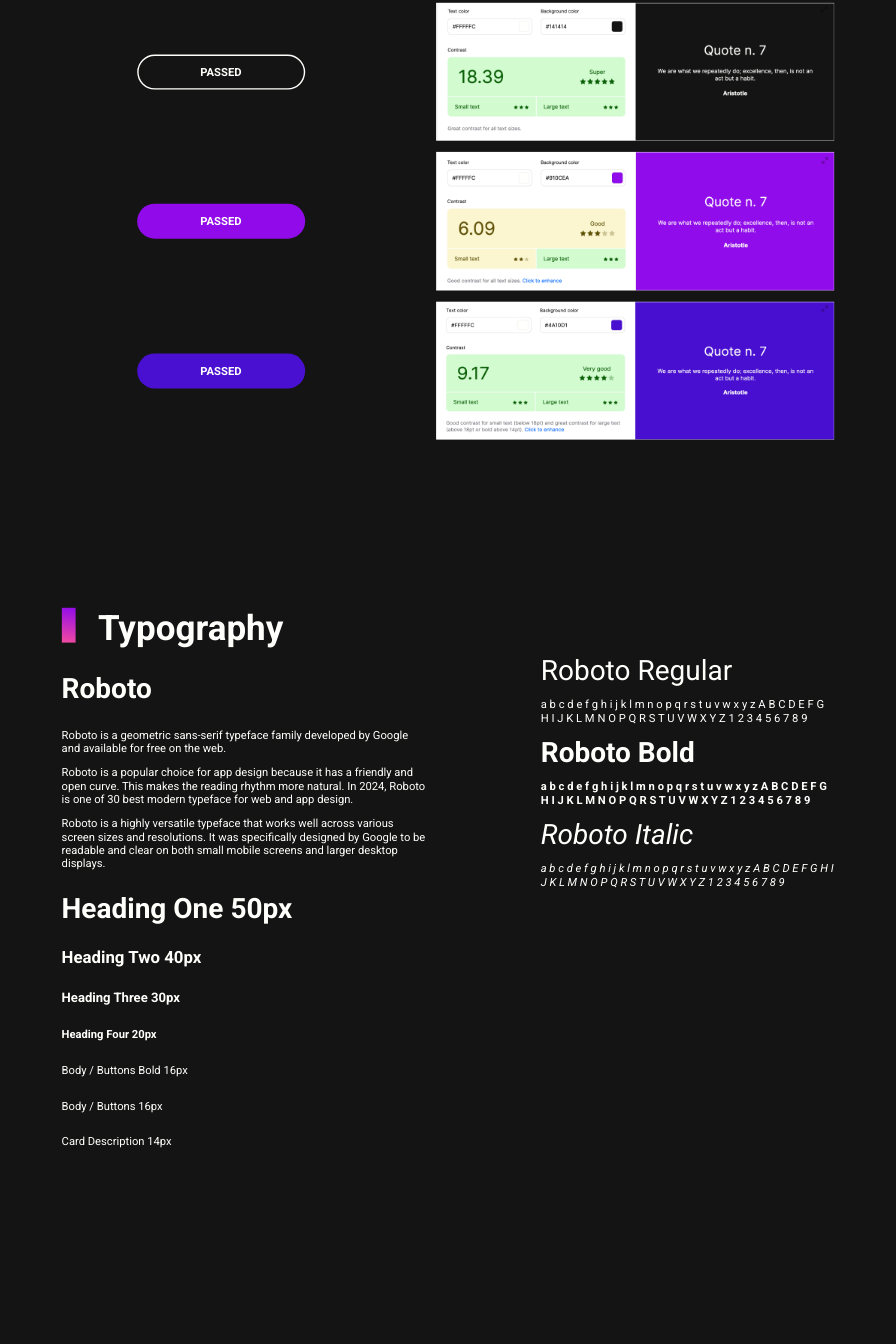
Repository: MonicaNguyenH/artflow_frontend_vanJS
Page: index.html
An editor plug-in stored every save of this project. The page is shown before and after the next save, followed by the edit.
The browser window is 1280 px wide. The pictures show the part of the page from y = 3420 to 5340 px (the page is 5340 px tall), at 70% of full size.
Some web fonts or font styles are not loaded; a fallback is used.

Above is the page before, as saved 2024-04-05 16:41:32.

### index.html
<!DOCTYPE html>
<html lang="en">
<head>
    <meta charset="UTF-8">
    <meta name="viewport" content="width=device-width, initial-scale=1.0">
    <title>Art Flow Style Guide</title>
    <link rel="stylesheet" href="css/style.css">
</head>
<body>
    <nav id="navbar">
        <ul class="list row l-col-1-2">
            <div class="col">
                <li id="logoNav"><a href="#home">ArtFlow</a></li>
            </div>
            <div class="col grid l-col-7">
                <li class="listItem rol"><a href="#home">Home</a></li>
                <li class="listItem rol"><a href="#logo">Logo</a></li>
                <li class="listItem rol"><a href="#colours">Colours</a></li>
                <li class="listItem rol"><a href="#typography">Typography</a></li>
                <li class="listItem rol"><a href="#grid">Grid Layout</a></li>
                <li class="listItem rol"><a href="#iconography">Iconography</a></li>
                <li class="listItem rol"><a href="#references">References</a></li>
            </div>
        </ul>
        <div class="borderGradient row-span"></div>
    </nav>
    <main>
        <section id="home">
            <div class="homeCover row l-col-2">
                <div class="homeMockup col">
                    <img src="img/home_mockup.png" alt="home mockup">
                </div>
                <div class="homeContent col">
                    <div class="homeDes">
                        <img src="img/placeholder.svg" alt="brand logo">
                        <p class="ARTFLOW">ARTFLOW</p>
                        <p class="description">Brand Style Guide</p>
                        <ul class="studentList">
                            <li>A01358535 | Jumi Pham</li>
                            <li>A01360275 | Monica Nguyen</li>
                            <li>A74374838 | Shirin Forouzan</li>
                            <li>A83485858 | Callista Chan</li>
                        </ul>
                    </div>
                </div>
            </div>
        </section>

        <section id="logo">
        </section>

        <section id="colours">
            <div class="subhead">
                <div class="subMark"></div>
                <p class="subCaption">Colors</p>
            </div>
            <div class="colourCatg row l-col-2-1" style="column-gap: 3rem;">
                <div class="coloursContent col">
                    <p class="secHead">Primary Colours</p>
                    <p class="colourDesc">We select a Dark, Cream White and Rose palette as the primary background and text colours to provide a clean and sophisticated aesthetic throughout our app.</p>
                </div>
                <div class="coloursCardSet grid l-col-3">
                    <div class="coloursCard col">
                        <div class="swatches" style="background-color: var(--black)"></div>
                        <p class="colourName">Dark</p>
                        <p class="hex">#141414</p>
                    </div>
                    <div class="coloursCard col">
                        <div class="swatches" style="border: 1px solid black; background-color: var(--white);"></div>
                        <p class="colourName">Cream White</p>
                        <p class="hex">#141414</p>
                    </div>
                    <div class="coloursCard col">
                        <div class="swatches" style="background-color: var(--rose)"></div>
                        <p class="colourName">Rose</p>
                        <p class="hex">#F94E9B</p>
                    </div>
                </div>
            </div>
            <div class="colourCatg row l-col-2-1" style="column-gap: 3rem;">
                <div class="coloursContent col">
                    <p class="secHead">Secondary Colours</p>
                    <p class="colourDesc">We use Blue Violet and Vivid Sky Blue as important as main colours which are for buttons and icons. These vibrant hues not only catch the eye but also convey a sense of  dynamism and clarity, ensuring a seamless and engaging user experience.</p>
                    <p class="colourDesc">Additionally, we pick a specific gray shade for the navigation bar, backgrounds of cards, and separators. This helps to organize the app neatly and makes it easier for users to find their way around.</p>
                </div>
                <div class="coloursCardSet grid l-col-3">
                    <div class="coloursCard col">
                        <div class="swatches" style="background-color: var(--violet)"></div>
                        <p class="colourName">Blue Violet</p>
                        <p class="hex">#910CEA </p>
                    </div>
                    <div class="coloursCard col">
                        <div class="swatches" style="background-color: var(--light-blue);"></div>
                        <p class="colourName">Vivid SKy Blue</p>
                        <p class="hex">#4CC9F0</p>
                    </div>
                    <div class="coloursCard col">
                        <div class="swatches" style="background-color: var(--dark-blue)"></div>
                        <p class="colourName">Chrysler Blue</p>
                        <p class="hex">#4A10D1</p>
                    </div>
                    <div class="coloursCard col">
                        <div class="swatches" style="background-color: var(--light-grey)"></div>
                        <p class="colourName">Light Gray</p>
                        <p class="hex">#878787</p>
                    </div>
                    <div class="coloursCard col">
                        <div class="swatches" style="background-color: var(--light-grey)"></div>
                        <p class="colourName">French Gray</p>
                        <p class="hex">#A6A7B3</p>
                    </div>
                    <div class="coloursCard col">
                        <div class="swatches" style="background-color: var(--medium-grey)"></div>
                        <p class="colourName">Jet</p>
                        <p class="hex">#333333</p>
                    </div>
                </div>
            </div>
            <div class="colourCatg row l-col-2-1" style="column-gap: 3rem;">
                <div class="coloursContent col">
                    <p class="secHead">Gradients</p>
                    <p class="colourDesc">We choose gradient mix for our primary buttons. This deliberate choice not only enhances visual appeal but also symbolizes the core essence and identity of our application, inviting users to engage with confidence and enthusiasm.</p>
                </div>
                <div class="coloursCardSet grid l-col-3">
                    <div class="coloursCard col">
                        <div class="swatches" style="background-image: var(--gradient-rv)"></div>
                        <p class="colourName">Rose & Blue Violet</p>
                        <p class="hex">#F94E9B + #910CEA</p>
                    </div>
                    <div class="coloursCard col">
                        <div class="swatches" style="background-image: var(--gradient-bb);"></div>
                        <p class="colourName">Chrysler Blue & Vivid Sky Blue</p>
                        <p class="hex">#4A10D1 + #4CC9F0</p>
                    </div>
                </div>
            </div>
            <div class="colourCatg row l-col-2-1" style="column-gap: 3rem;">
                <div class="coloursContent col">
                    <p class="secHead">Visual Example</p>
                    <div class="">
                        <img src="img/nav_bar.svg" alt="brand logo" style="margin: 1rem 0 1rem 0;">
                        <p>Cream <strong>White (#FFFFFC)</strong> & <strong>Rose (#F94E9B)</strong> for buttons and <strong>Jet (#333333)</strong> background on navigation bar</p>
                        <div class="grid l-col-2 examples">
                            <div class="col">
                                <button class="buttonRV">Click Me</button> <br/>
                                <button class="buttonBB">Click Me</button>
                            </div>
                            <div class="col">
                                <label class="switch">
                                    <input type="checkbox">
                                    <span class="slider round"></span>
                                </label> <br/>
                                <button class="chips">Click me <img class="xIcon" src="icon/x_icon.svg" alt="x icon"></button>
                            </div>
                        </div>
                    </div>
                    <p>Gradients for buttons, cards, chip and switches</p>
                </div>
                <div class="coloursCardSet grid l-col-3">
                    <div class="col l-row-span">
                        <p><strong>Dark (#141414)</strong> for background</p>
                        <p><strong>Cream White (#FFFFFC)</strong> for primary text</p>
                        <p><strong>Gradients</strong> for clickable state</p>
                    </div>
                    <div class="col mockup">
                        <img src="img/mockup_landing.png" alt="mockup landing page">
                    </div>
                    <div class="col mockup">
                        <img src="img/mockup_profile.png" alt="mockup profile page">
                    </div>
                    <div class="col mockup">
                        <img src="img/mockup_profile.png" alt="mockup profile page">
                    </div>
                </div>
            </div>
            <div class="colourCatg row" style="column-gap: 3rem;">
                <div class="coloursContent l-span-row">
                    <p class="secHead">Colours Contrast Checker</p>
                    <p>All our colors have passed a 5.0 rating for color contrast checking. In the gradient color mixes, we've selected combinations like <strong>Blue Violet & Rose (#F94E9B + #910CEA)</strong> and <strong>Chrysler Blue & Vivid Sky Blue (#4A10D1 + #4CC9F0)</strong>. We've ensured that the darker colors, such as Blue Violet and Chrysler Blue (which have passed the contrast checker), dominate the mix, providing ample space while still maintaining strong visual contrast.</p>
                </div>
                <div class="contrast row grid l-col-2-1">
                    <div>
                        <button style="background-color: var(--black); border: 2px solid var(--white);">PASSED</button>
                    </div>
                    <div>
                        <img src="img/contrast_dark.png">
                    </div>
                </div>
                <div class="contrast row grid l-col-2-1">
                    <div>
                        <button style="background-color: var(--violet);">PASSED</button>
                    </div>
                    <div>
                        <img src="img/contrast_violet.png">
                    </div>
                </div>
                <div class="contrast row grid l-col-2-1">
                    <div>
                        <button style="background-color: var(--dark-blue);">PASSED</button>
                    </div>
                    <div>
                        <img src="img/contrast_chrysler_blue.png">
                    </div>
                </div>
            </div>
        </section>

        <section id="typography" style="margin-bottom: 15rem">
            <div class="subhead">
                <div class="subMark"></div>
                <p class="subCaption">Typography</p>
            </div>
            <div class="typography row l-col-2-2">
                <div class="col roboto-usage">
                    <h1>Roboto</h1>
                    <p>Roboto is a geometric sans-serif typeface family developed by Google and available for free on the web.</p>
                    <p>Roboto is a popular choice for app design because it has a friendly and open curve. This makes the reading rhythm more natural. In 2024, Roboto is one of 30 best modern typeface for web and app design.</p>
                    <p>Roboto is a highly versatile typeface that works well across various screen sizes and resolutions. It was specifically designed by Google to  be readable and clear on both small mobile screens and larger desktop displays.</p>
                    <div class="heading-list">
                        <h1 class="headings">Heading One 50px</h1>
                        <h2 class="headings">Heading Two 40px</h2>
                        <h3 class="headings">Heading Three 30px</h3>
                        <h4 class="headings">Heading Four 20px</h4>
                        <p class="h5-bold headings">Body / Buttons Bold 16px</p>
                        <p class="h5-regular headings">Body / Buttons 16px</p>
                        <p class="h6 headings">Card Description 14px</p>
                    </div>
                </div>
                <div class="col roboto-typeface">
                    <div class="roboto-regular">
                        <p class="ph1">Roboto Regular</p>
                        <p class="ph2">a b c d e f g h i j k l m n o p q r s t u v w x y z
                            A B C D E F G H I J K L M N O P Q R S T U V W X Y Z
                            1 2 3 4 5 6 7 8 9
                        </p>
                    </div>
                    <div class="roboto-bold">
                        <p class="ph1">Roboto Bold</p>
                        <p class="ph2">a b c d e f g h i j k l m n o p q r s t u v w x y z
                            A B C D E F G H I J K L M N O P Q R S T U V W X Y Z
                            1 2 3 4 5 6 7 8 9
                        </p>
                    </div>
                    <div class="roboto-italic">
                        <p class="ph1">Roboto Italic</p>
                        <p class="ph2">a b c d e f g h i j k l m n o p q r s t u v w x y z
                            A B C D E F G H I J K L M N O P Q R S T U V W X Y Z
                            1 2 3 4 5 6 7 8 9
                        </p>
                    </div>
                </div>
            </div>
        </section>

        <section id="grid">
        </section>

        <section id="iconography">
        </section>
    </main>

    <script src="script.js"></script>
</body>
</html>

### css/style.css
@import url('https://fonts.googleapis.com/css2?family=Bodoni+Moda:ital,opsz,wght@0,6..96,400..900;1,6..96,400..900&family=Roboto:ital,wght@0,100;0,300;0,400;0,500;0,700;0,900;1,100;1,300;1,400;1,500;1,700;1,900&display=swap');
@font-face {
    font-family: 'lostar';
    src: url('fonts/lostar');
}

:root {
    --font-logo: "lostar", serif;
    --font-family: "Roboto", sans-serif;

    --roboto-regular-14: 14px "Roboto";
    --roboto-bold-14: bold 14px "Roboto";

    --roboto-regular-16: 16px "Roboto";
    --roboto-bold-16: bold 16px "Roboto";

    --roboto-bold-20: bold 20px "Roboto";
    --roboto-bold-30: bold 30px "Roboto";
    --roboto-bold-40: bold 40px "Roboto";
    --roboto-bold-50: bold 50px "Roboto";

    --lostar-regular-30: 30px "lostar";
    --lostar-regular-50: 50px "lostar";
    --lostar-regular-60: 60px "lostar";


    --black: #141414;
    --white: #FFFFFC;
    --grey: rgba(135,135,135,0.2); /*make this 20% opacity*/
    --light-grey: #A6A7B3;
    --medium-grey: #545458;
    --dark-grey: #333333;
    --rose: #F94E9B;
    --violet: #910BEA;
    --dark-blue: #4A10D1;
    --blue: #687FE9;
    --light-blue: #4CC9F0;

    /*gradient*/
    --gradient-rv: linear-gradient(85deg, var(--rose) 5%, var(--violet) 95%);
    --gradient-bb: linear-gradient(85deg, var(--dark-blue) 2%, var(--light-blue) 113%);
    --gradient-vb: linear-gradient(85deg, var(--violet) 5%, var(--blue) 95%);
}

html {
    background: var(--black);
    color: var(--white);
    font-family: var(--font-family);

    padding: 0;
    margin: 0;
    padding-top: 5rem;
}

main {
    padding: 0 5rem 0 5rem;
}

section {
    overflow-y: auto;
}


/*********** NAV BAR **********/
nav {
    overflow: hidden;
    background-color: var(--black);
    position: fixed; /* Set the navbar to fixed position */
    top: 0;
    width: 100%;
    z-index: 100;
}

.list {
    padding: 0 5rem 0 5rem;
}

#navbar ul {
    list-style-type: none;
    margin: 1.5rem 0 1.5rem 0;
}

.listItem a,
#logoNav a {
    text-decoration: none;
    color: var(--white);
    font: var(--roboto-bold-14);
}

.listItem {
    display: flex;
    align-items: center;
}

#logoNav a {
    font: var(--lostar-regular-30);
}

.borderGradient {
    background-image: var(--gradient-rv);
    width: 100%;
    height: 5px;
    margin: 0;
    padding: 0;
}

/*********** HOME **********/
.homeCover {
    padding: 5rem 0 5rem 0;
    margin: 1rem 0 1rem 0;
}

.homeContent {
    display: flex;
    flex-direction: row;
    align-items: center;
    column-gap: 3rem;
}

.homeMockup img {
    max-width: 80%;
}

.homeContent img {
    width: 80px;
    height: 80px;
    align-self: flex-start;
}

.homeDes .ARTFLOW {
    font-family: "lostar";
    font-size: 100px;
    margin: 0;
}

.homeDes .description {
    font-family: "Roboto";
    font-size: 50px;
    font-weight: bold;
    margin: 0;
    margin-top: -1rem;
}

.studentList {
    list-style-type: none;
    padding: 0;
    margin: 2rem 0 0 0;
}

.studentList li{
    text-decoration: none;
    font: var(--roboto-bold-14);
}

/*********** COLOURS **********/
.colourCatg {
    margin-top: 5rem;
    margin-bottom: 15rem;
}

.subhead {
    display: flex;
    flex-direction: row;
    justify-content: flex-start;
    column-gap: 2rem;
}

.subMark {
    height: 50px;
    width: 20px;
    background: linear-gradient(11deg, #F94E9B -5.71%, #910BEA 100%);
}

.subCaption {
    font-family: "Roboto";
    font-size: 50px;
    font-weight: bold;
    margin: 0;
}

.secHead {
    font: var(--roboto-bold-40);
    margin-top: 0;
}

.colourDesc p {
    font: var(--roboto-regular-16);
}

.coloursCardSet {
    gap: 4rem;
}

.coloursCard {
    background-color: var(--white);
    border-radius: 5px;
    height: 200px;
    width: 100%;
    display: flex;
    flex-direction: column;

    color: var(--black);
}

.swatches {
    margin-top: 0.6rem;
    width: 90%;
    height: 130px;
    border-radius: 5px;

    align-self: center;
}

.colourName,
.hex {
    margin: 0;
    align-self: flex-end;
    margin-right: 1rem;
    font-size: 12px;
}

.colourName {
    margin-top: 0.8rem;
}

.hex {
    margin-bottom: 0.8rem;
}

.mockup img{
    width: 100%;
    height: auto;
}

.buttonRV,
.buttonBB,
.chips {
    width: 240px;
    height: 50px;
    border-radius: 50px;
    border: none;
    color: var(--white);
    font: var(--roboto-bold-16);
}

.buttonRV {
    background-image: var(--gradient-rv);
}

.buttonRV:hover {
    background-image: var(--gradient-bb);
}

.buttonBB {
    background-image: var(--gradient-bb);
}

.buttonBB:hover {
    background-image: var(--gradient-rv);
}

.chips img {
    width: 20px;
    height: 20px;
}

.chips {
    display: flex;
    flex-direction: row;
    justify-content: center;
    align-items: center;
    column-gap: 3rem;
    background-color: var(--black);

    background: linear-gradient(var(--black), var(--black)) padding-box,
                var(--gradient-rv) border-box;
    border-radius: 50px;
    border: 3px solid transparent;
}

.chips:hover {
    background-image: var(--gradient-rv);
    border: 3px solid var(--white);
}

.chips .xIcon  {
    fill: white
}

.examples {
    align-items: end;
}

.examples button,
.examples .switch {
    margin: 1rem;
}

/*********** TOGGLE SWITCH **********/

.slider.round {
    border-radius: 50px;
}

.slider.round:before {
    border-radius: 50px;
}

.switch {
    position: relative;
    display: inline-block;
    width: 55px;
    height: 30px;
}

.switch input {
    opacity: 0;
    width: 0;
    height: 0;
}

.slider {
    position: absolute;
    cursor: pointer;
    top: 0;
    left: 0;
    right: 0;
    bottom: 0;
    background-color: #ccc;
    border: 2px solid var(--white);
    -webkit-transition: .4s;
    transition: .4s;
}

.slider:before {
    position: absolute;
    content: "";
    height: 20px;
    width: 20px;
    left: 4px;
    bottom: 3px;
    background-color: var(--white);
    -webkit-transition: .4s;
    transition: .4s;
    align-self: center;
}

input:checked + .slider {
    background-image: var(--gradient-rv);
}

input:focus + .slider {
    box-shadow: 0 0 1px var(--gradient-rv);
}

input:checked + .slider:before {
    -webkit-transform: translateX(22px);
    -ms-transform: translateX(22px);
    transform: translateX(22px);
}

/*********** COLOUR CONTRAST **********/
.contrast {
    width: 100%;
    column-gap: 5rem;
    row-gap: 4rem;
    align-items: center;
    justify-items: center;
}

.contrast button {
    border-radius: 25px;
    height: 50px;
    width: 240px;

    font: var(--roboto-bold-16);
    color: var(--white);
    background-color: "";
    border: none;
}

.contrast img {
    width: 100%;
    height: auto;
}

/*********** TYPOGRAPHY **********/
.typography {
    column-gap: 10rem;
}

.roboto-usage {

}

.roboto-usage h1,
.roboto-bold .ph1 {
    font: var(--roboto-bold-40);
}

.roboto-bold {
    font-weight: bold;
}

.roboto-regular .ph1,
.roboto-italic .ph1 {
    font-family: "roboto";
    font-size: 40px;
    font-weight: regular;
}

.roboto-italic {
    font-style: italic;
}

.ph1 {
    margin: 0.5rem 0 0.5rem 0;
}

.roboto-typeface {
    row-gap: 1rem;
}

/*Headings*/
.headings {
    margin: 2rem 0 2rem 0;
}

.headings h1 {
    font: var(--roboto-bold-50);
}
.headings h2 {
    font: var(--roboto-bold-40);
}
.headings h3 {
    font: var(--roboto-bold-30);
}
.headings h4 {
    font: var(--roboto-bold-20);
}
.headings .h5-bold {
    font: var(--roboto-bold-16);
}
.headings .h5-regular {
    font: var(--roboto-regular-16);
}
.headings .h6 {
    font: var(--roboto-regular-14);
}













/***********BASIC SETTINGS**********/
audio,
canvas,
iframe,
img,
svg,
video {
    vertical-align: middle;
}

fieldset {
    border: 0;
    margin: 0;
    padding: 0;
}

*,
*:before,
*:after {
    box-sizing: border-box;
}

/***********CORE SETTINGS**********/
.row {
    display: grid;
    row-gap: 1rem;
}

.col {
    position: relative;
}

.grid {
    display: grid;
}


/* LARGE */

@media screen and (min-width: 64em) {
    .l-col-2 {
        grid-template-columns: 1fr 1fr;
    }

    .l-col-1-2 {
        grid-template-columns: 0.5fr 1fr;
    }

    .l-col-2-1 {
        grid-template-columns: 0.8fr 1fr;
    }

    .l-col-2-2 {
        grid-template-columns: 1fr 0.8fr;
    }

    .l-col-3 {
        grid-template-columns: repeat(3, 1fr);
    }

    .l-col-7 {
        grid-template-columns: repeat(7, 1fr);
    }

    .l-row-span {
        grid-column-start: 1;
        grid-column-end: -1;
    }

    .l-hide {
        display: none;
    }
}


/* SMALL ONLY

@media screen and (max-width: 39.9375em) {
    .s-hide {
        display: none;
    }
}

*/

/* MEDIUM AND UP

@media screen and (min-width: 40em) {
    .row {
        column-gap: 1.5rem;
        row-gap: 1.5rem;
        margin: 0 auto;
    }

    .grid {
        display: grid;
        column-gap: 0.5rem;
        row-gap: 0.5rem;
    }

    .m-col-2 {
        grid-template-columns: 1fr 1fr;
    }
}

*/

/* MEDIUM ONLY

@media screen and (min-width: 40em) and (max-width: 63.9375em) {
    .m-row-span {
        grid-column-start: 1;
        grid-column-end: -1;
    }

    .m-hide {
        display: none;
    }
}
*/

Loaded but not shown: script.js (no copy from this time; the picture is the same without it)

After the next save:
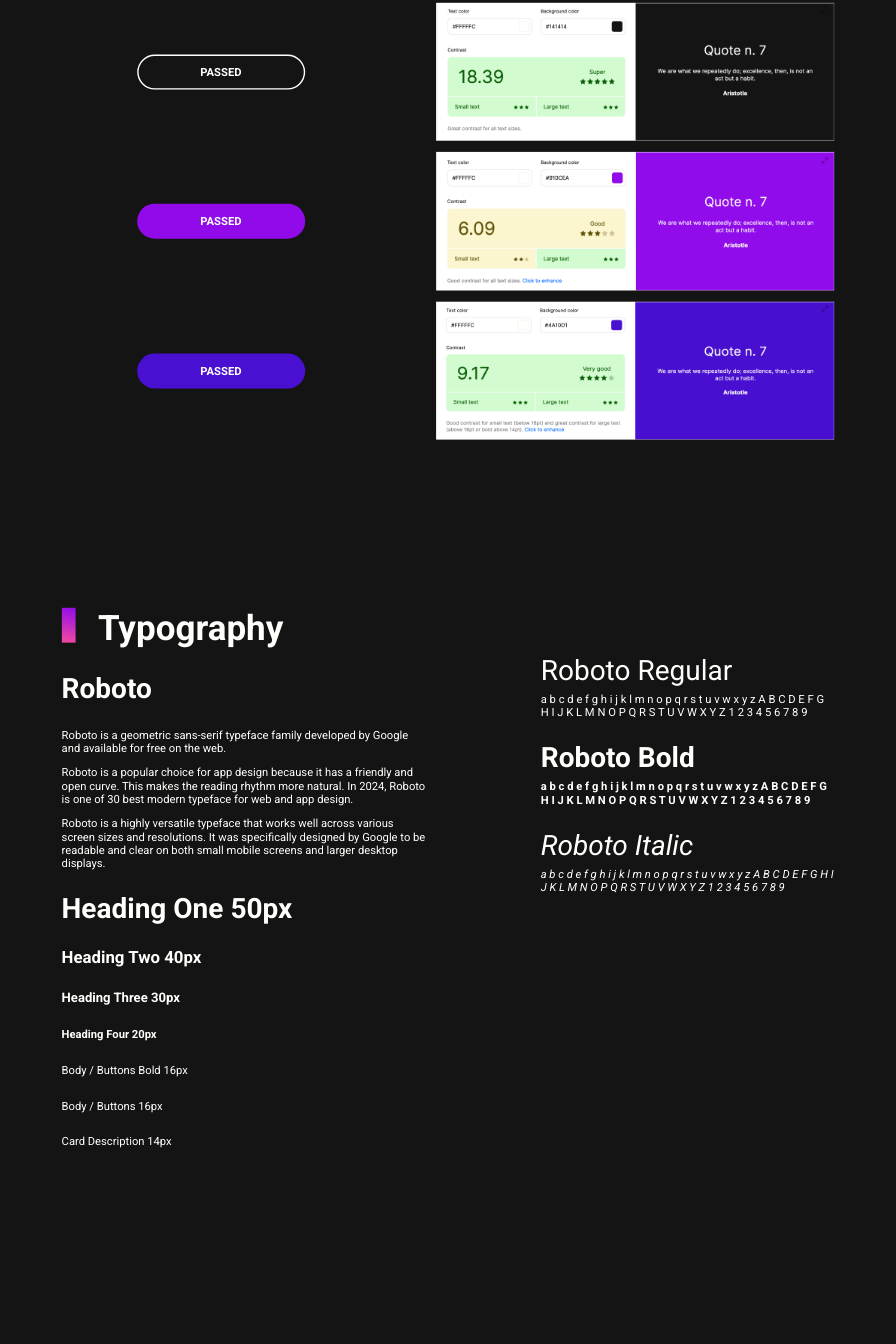
Saved 20 s later.
--- a/css/style.css
+++ b/css/style.css
@@ -417,8 +417,8 @@ input:checked + .slider:before {
     margin: 0.5rem 0 0.5rem 0;
 }
 
-.roboto-typeface {
-    row-gap: 1rem;
+.ph2 {
+    margin: 0 0 2rem 0;
 }
 
 /*Headings*/
